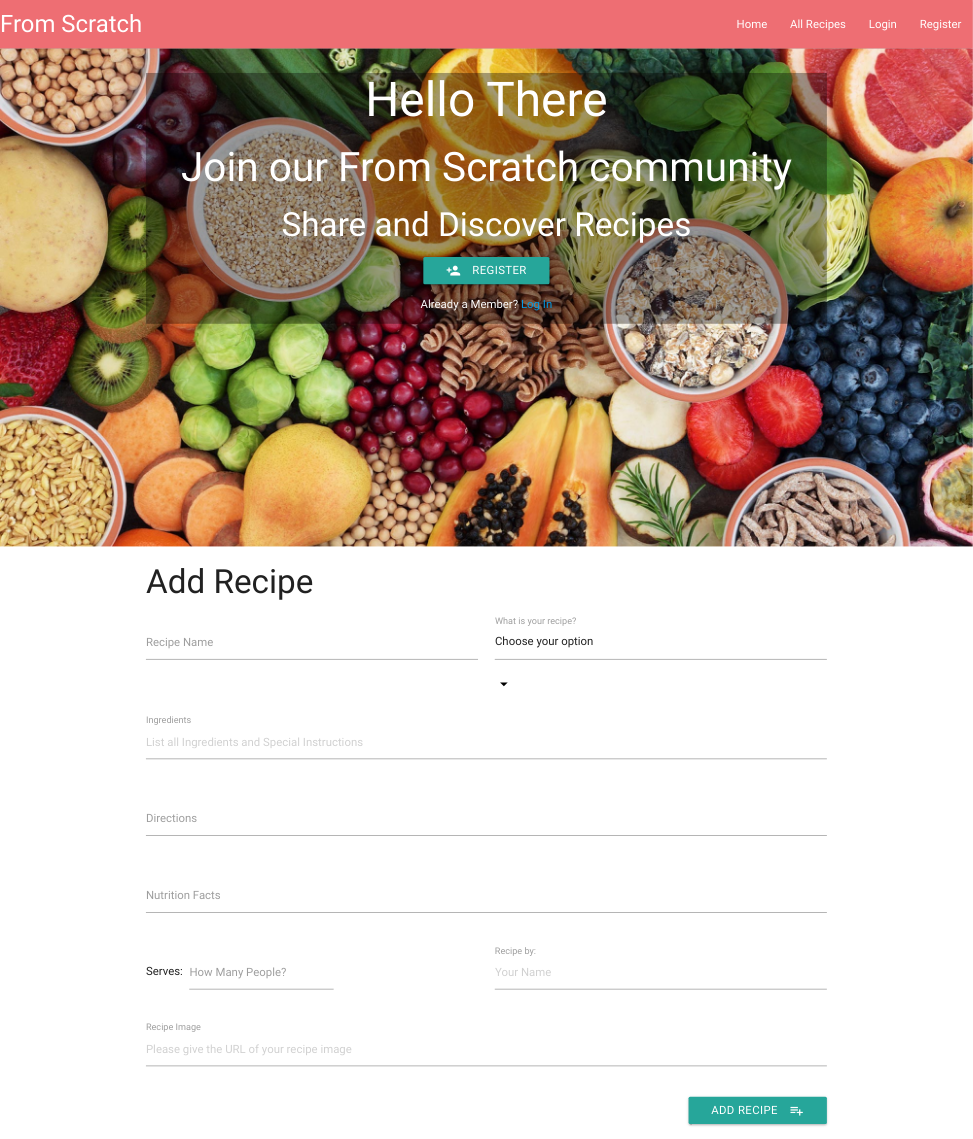
Repository: callendera/MilestoneProject3
Page: http://localhost/
The author's editor kept a record of every edit. The page is drawn from the files as they stood at one moment, then again after the next edit.
The browser window is 1280 px wide. The pictures show the whole page, at 76% of full size.
Backgrounds fixed to the window are drawn as part of the page. The page is served by the project's application, run on Flask 3 (recipe.py). Queries for data that is not in the repository find no rows.

Above is the page before.

After the next edit:
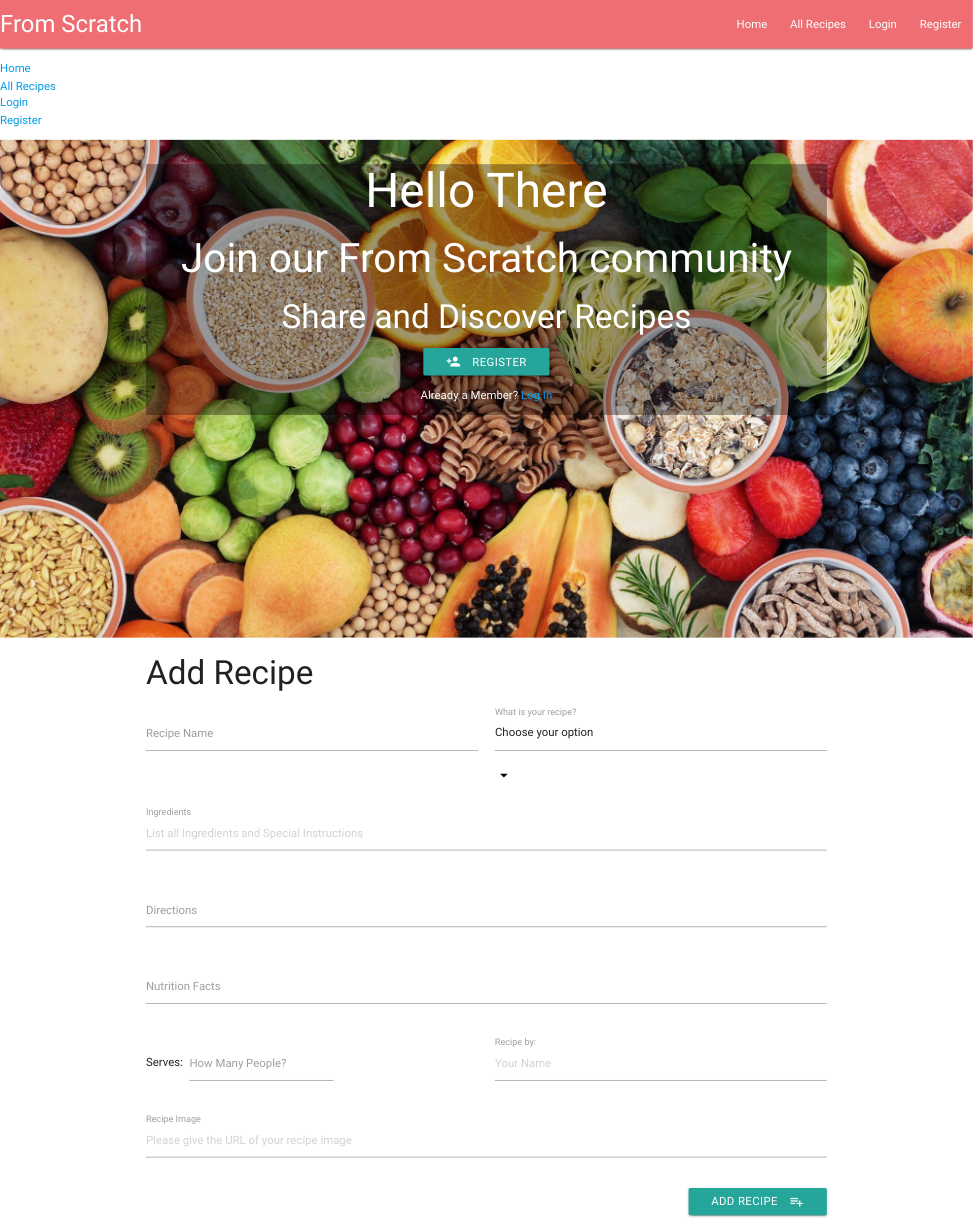
The edit:
--- a/templates/base.html
+++ b/templates/base.html
@@ -12,18 +12,23 @@
 
 <body>
     <nav>
-    <div class="nav-wrapper">
-      <a href="#!" class="brand-logo">From Scratch</a>
-      <ul class="right hide-on-med-and-down">
+        <div class="nav-wrapper">
+            <a href="#!" class="brand-logo">From Scratch</a>
+            <ul class="right hide-on-med-and-down">
+                <li><a href="sass.html">Home</a></li>
+                <li><a href="badges.html">All Recipes</a></li>
+                <li><a href="collapsible.html">Login</a></li>
+                <li><a href="mobile.html">Register</a></li>
+            </ul>
+        </div>
+    </nav>
+
+    <ul class="sidenav" id="mobile-demo">
         <li><a href="sass.html">Home</a></li>
         <li><a href="badges.html">All Recipes</a></li>
         <li><a href="collapsible.html">Login</a></li>
         <li><a href="mobile.html">Register</a></li>
-      </ul>
-    </div>
-  </nav>
-
-
+    </ul>
 
 
 
@@ -38,7 +43,7 @@
         $(document).ready(function() {
             $('select').formSelect();
             $('.sidenav').sidenav();
-            $('.sidenav').sidenav();
+            $('.collapsible').collapsible();
         });
     </script>
 
